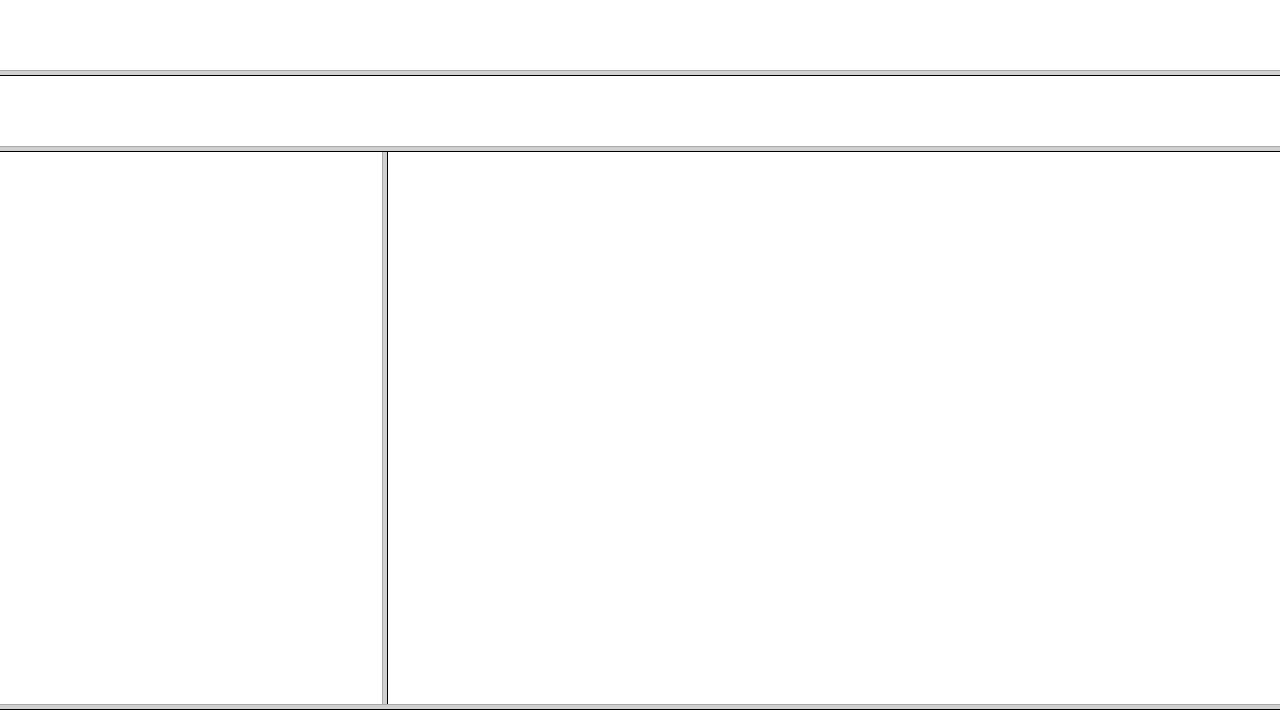
Repository: AHSANS354/tugas-sib5
Page: tugas/index.html
These files come from the project's save history. The page is drawn as it stood at one moment and after the next save; the edit follows.
The browser window is 1280 px wide. The pictures show the whole page.

Above is the page before, as saved 2023-08-28 12:59:57.

After the next save:
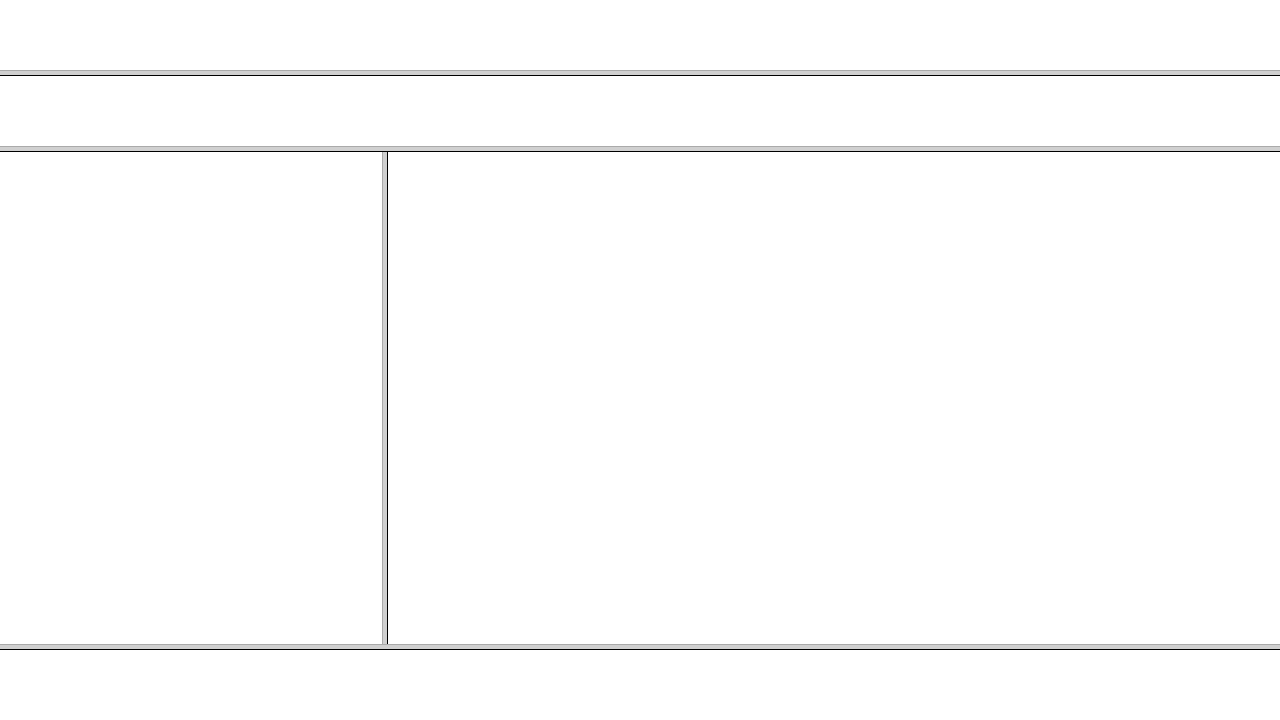
Saved 45 s later.
--- a/tugas/index.html
+++ b/tugas/index.html
@@ -1,4 +1,4 @@
-<frameset rows="10%,10%,*,10">
+<frameset rows="10%,10%,*,10%">
     <frame>
         <frame>
         <frameset cols="30%,*">
